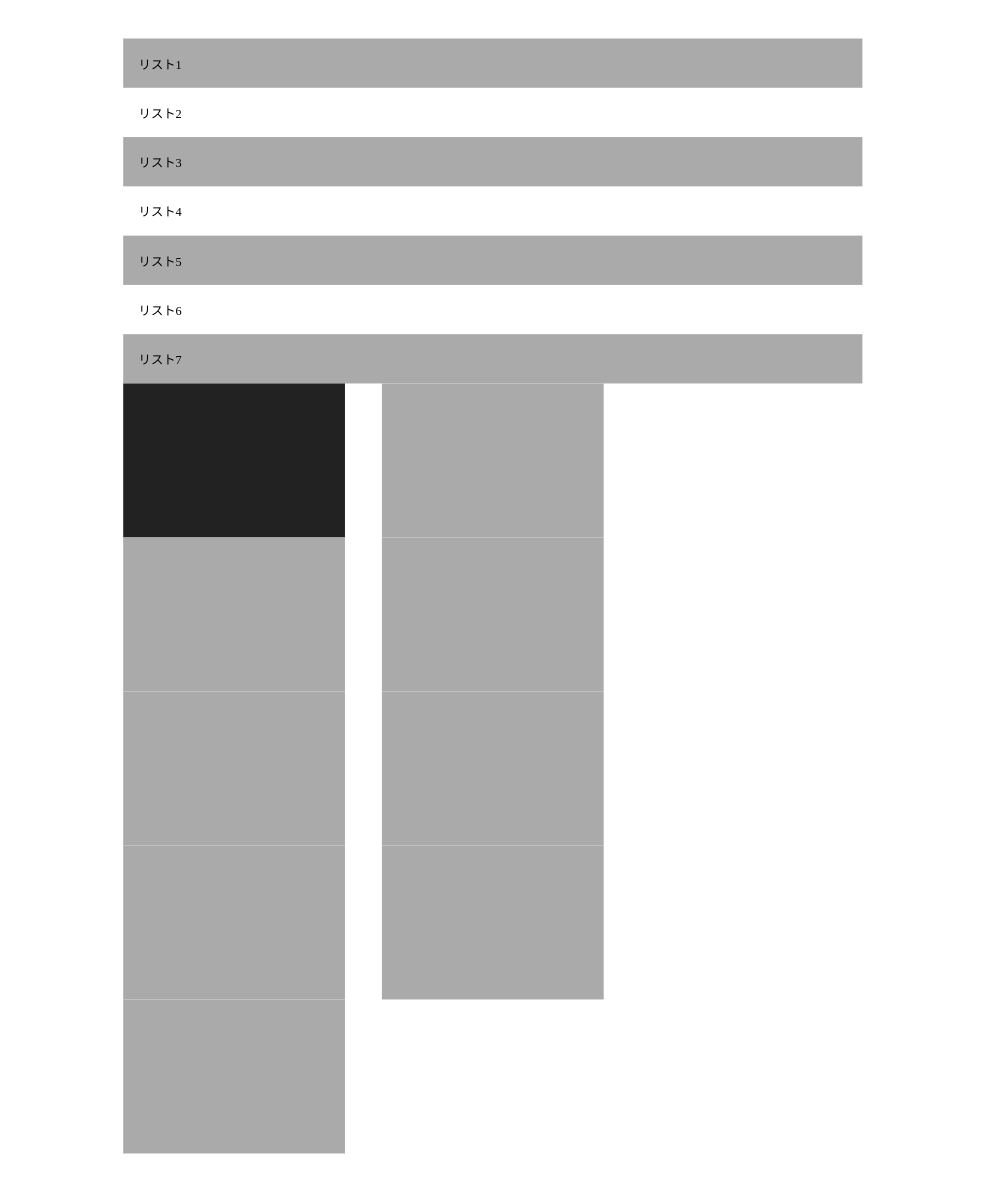
Repository: Y-takumi0/DMMwebcamp
Page: exercise/chapter8.html
The author's editor kept a record of every edit. The page is drawn from the files as they stood at one moment, then again after the next edit.
The browser window is 1280 px wide. The pictures show the whole page, at 77% of full size.

Above is the page before.

### exercise/chapter8.html
<!DOCTYPE html>
<html lang="ja">
  <head>
    <meta charset="UTF-8">
    <link rel="stylesheet" href="chapter8.css">
    <title>chapter8</title>
  </head>

  <body>
    <main>
      <ul class="list">
        <li class="item">リスト1</li>
        <li class="item">リスト2</li>
        <li class="item">リスト3</li>
        <li class="item">リスト4</li>
        <li class="item">リスト5</li>
        <li class="item">リスト6</li>
        <li class="item">リスト7</li>
      </ul>
      <div class="boxlist">
        <div class="box"></div>
        <div class="box"></div>
        <div class="box"></div>
        <div class="box"></div>
        <div class="box"></div>
        <div class="box"></div>
        <div class="box"></div>
        <div class="box"></div>
        <div class="box"></div>

      </div>
    </main>
  </body>
</html>

### exercise/chapter8.css
* {
  margin: 0;
  padding: 0;
  box-sizing: border-box;
}

main {
  width: 960px;
  margin: 50px auto;
}

.list {
  margin-bottom: 50;
}

.item {
  list-style: none;
  padding: 20px;
}

.item:nth-child(odd) {
  background-color: #aaa
}

.boxlist {
  display: flex;
  flex-wrap: wrap;
}

.box {
  width: 30%;
  height: 200px;
  margin-right: 5%;
  padding-bottom: 40px;
  background-color: #aaa;
}

.box:first-child {
  background-color: #222;
}

After the next edit:
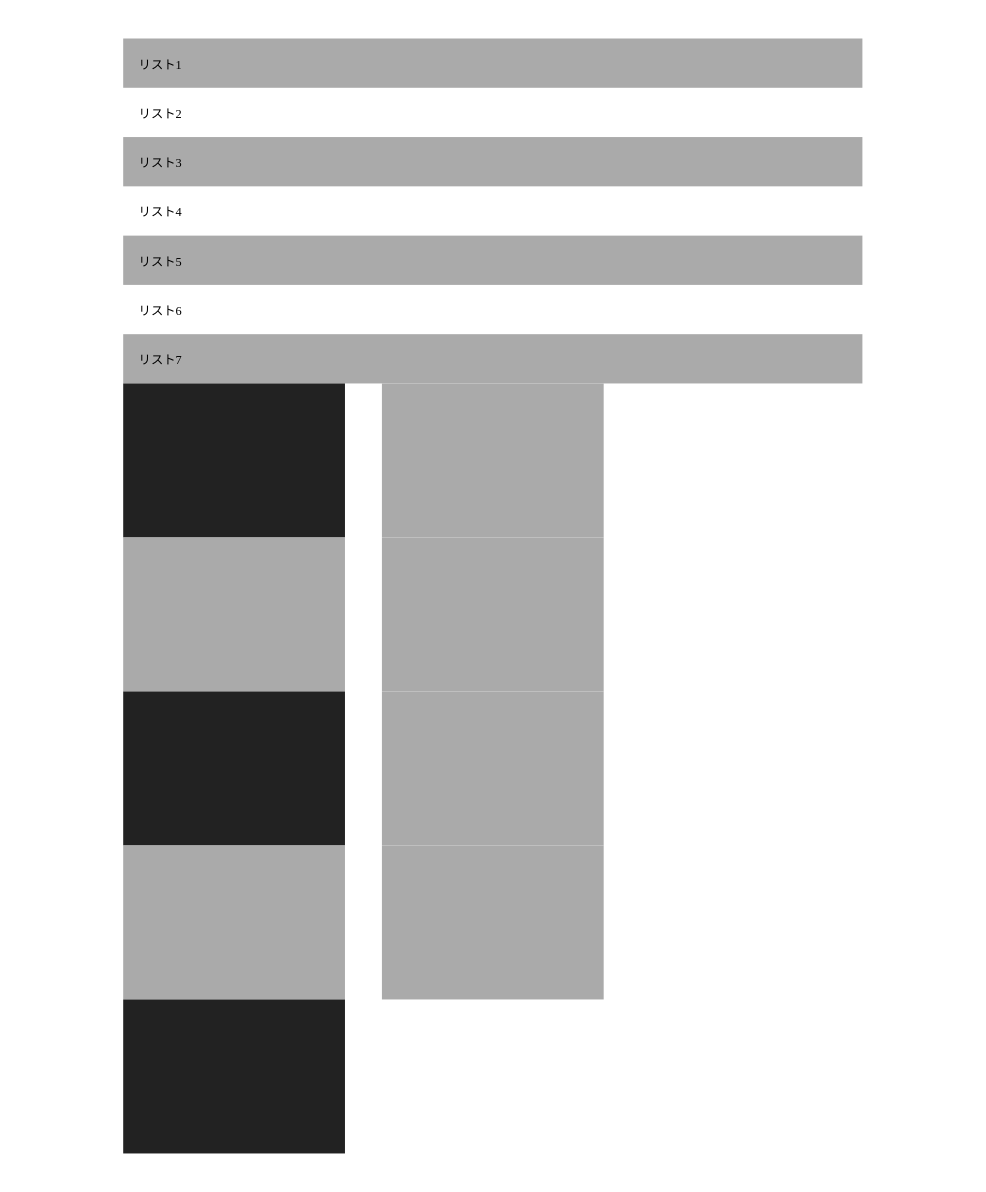
The edit:
--- a/exercise/chapter8.css
+++ b/exercise/chapter8.css
@@ -35,6 +35,8 @@
   background-color: #aaa;
 }
 
-.box:first-child {
+.box:first-child,
+.box:nth-child(5),
+.box:last-child {
   background-color: #222;
 }
